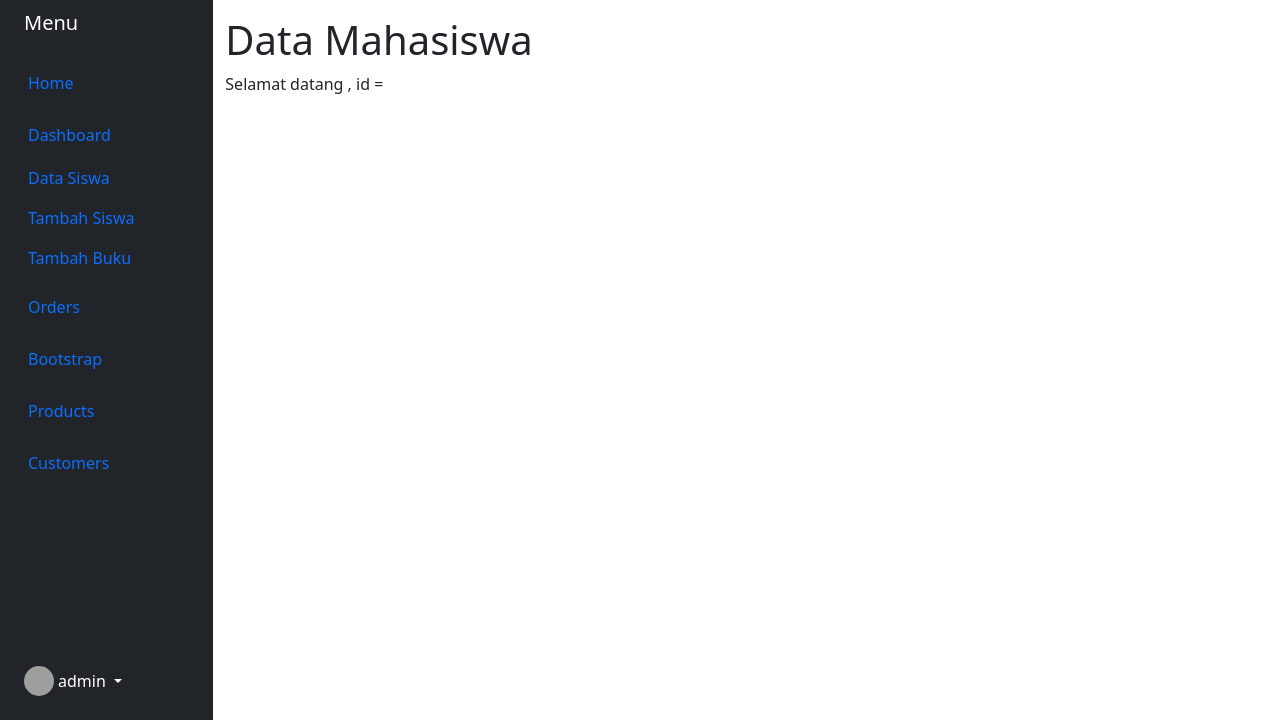
Repository: ervina991/uas-headless-cms
Page: /admin/_datasiswa
An editor plug-in stored every save of this project. The page is shown before and after the next save, followed by the edit.
The browser window is 1280 px wide. The pictures show the whole page.
Pictures or frames that could not be fetched are drawn as grey boxes. The project was rebuilt for these pictures with package versions that can differ from the ones it lists, and the page was loaded fresh each time. The framework's server and built-in components were replaced by stand-ins that run in the browser. Also part of the build but not shown: next.config.js.

Above is the page before, as saved 2023-01-16 17:33:25.

After the next save:
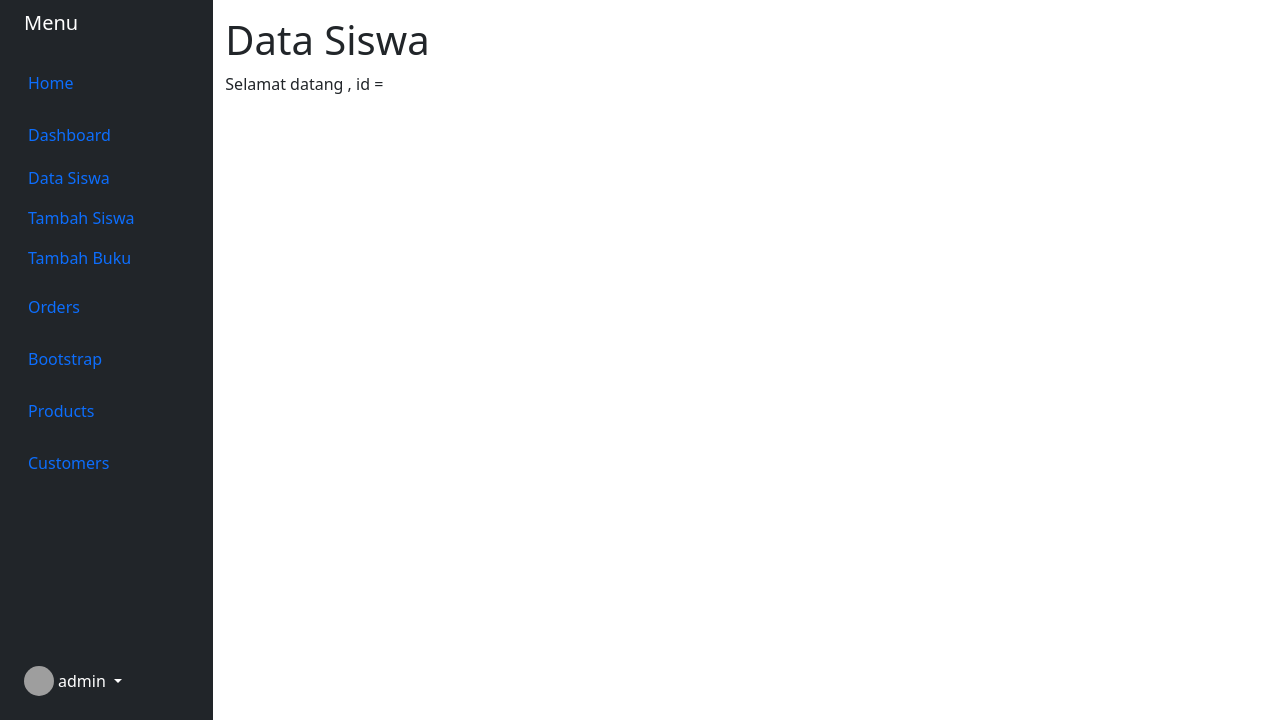
Saved 18 s later.
--- a/pages/admin/_datasiswa.js
+++ b/pages/admin/_datasiswa.js
@@ -2,7 +2,7 @@ import { useRouter } from 'next/router';
 import React from 'react';
 import AdminLayout from '../../components/admin/AdminLayout';
 
-function datamahasiswa(props) {
+function datasiswa(props) {
     const router = useRouter()
     const {
         id, nama
@@ -10,11 +10,11 @@ function datamahasiswa(props) {
     return (
         <AdminLayout>
             <div className="continer">
-                <h1>Data Mahasiswa</h1>
+                <h1>Data Siswa</h1>
                 <p>Selamat datang {nama}, id = {id}</p>
             </div>
         </AdminLayout>
     );
 }
 
-export default datamahasiswa;
+export default datasiswa;
